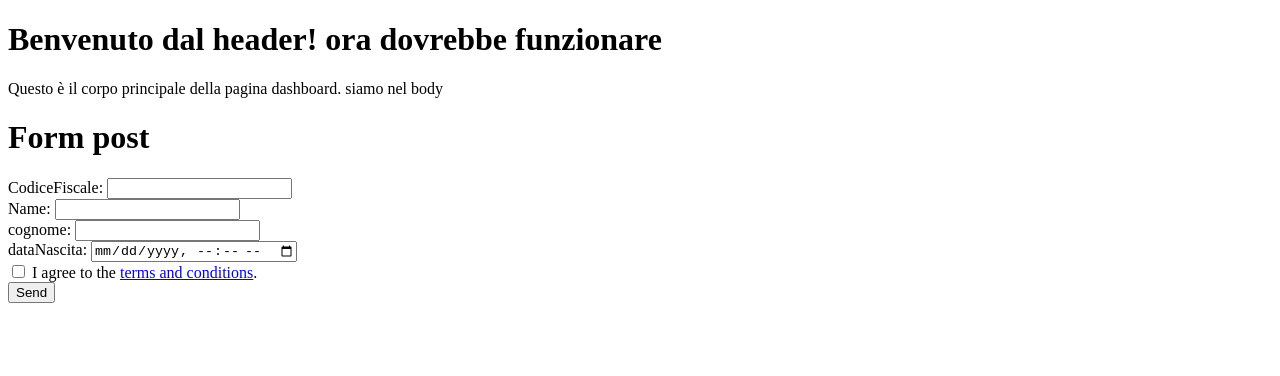
Repository: PcarloP/java_se
Page: http://localhost/anagraficaweb/jsp/login.jsp
An editor plug-in stored every save of this project. The page is shown before and after the next save, followed by the edit.
The browser window is 1280 px wide. The pictures show the whole page.
The page is served by Tomcat 10.

Above is the page before, as saved 2025-06-22 10:33:31.

After the next save:
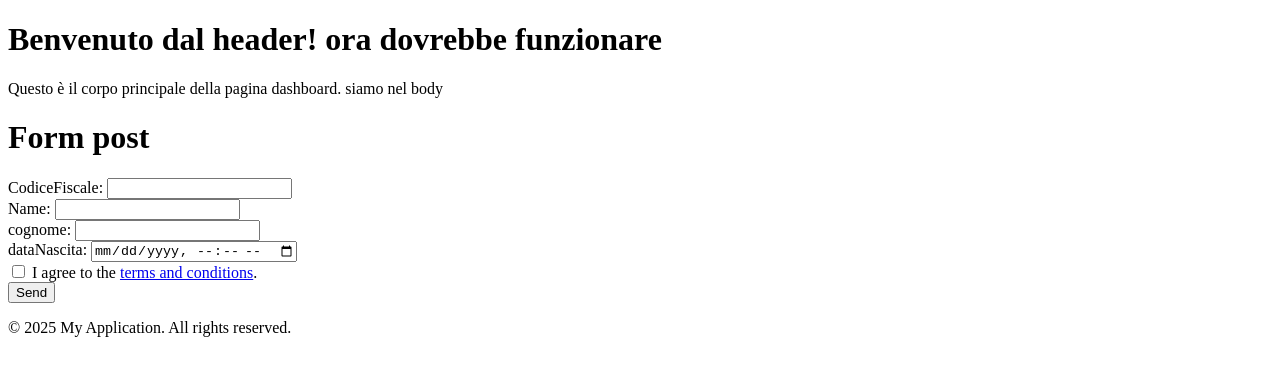
Saved 16 s later.
--- a/anagraficaweb/WebContent/jsp/login.jsp
+++ b/anagraficaweb/WebContent/jsp/login.jsp
@@ -57,7 +57,7 @@
 
 				<button type="submit">Send</button>
 			</form>
-			<jsp include page="footer.jsp"/>
+			<jsp:include page="footer.jsp"/>
 		</main>
 
 
